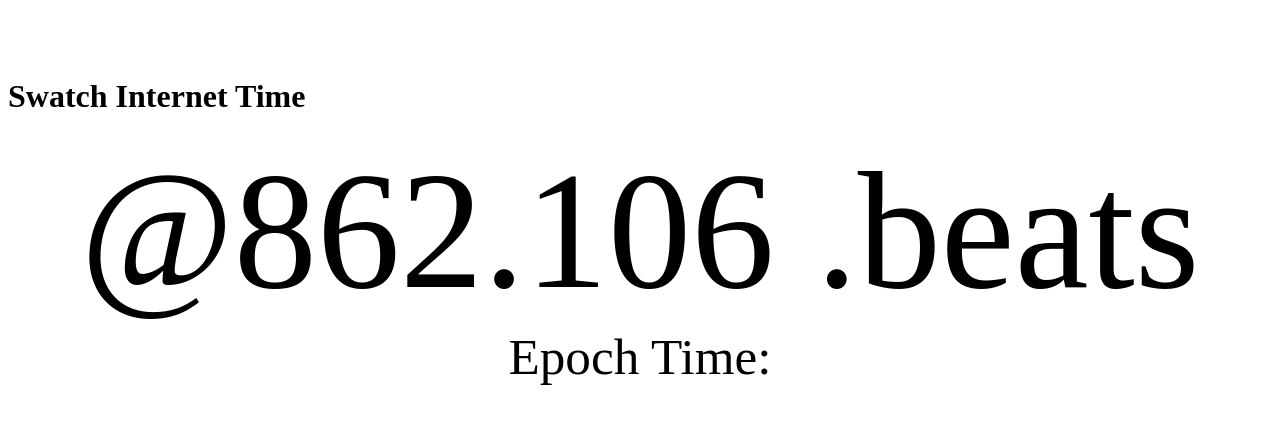
Repository: end888160/end888160.github.io
Page: swatchclock.html
These files come from the project's save history. The page is drawn as it stood at one moment and after the next save; the edit follows.
The browser window is 1280 px wide. The pictures show the whole page.

Above is the page before, as saved 2024-09-22 08:42:51.

### swatchclock.html
<html>
	<head>
		<meta charset="utf-8">
        <meta name="viewport" content="width=device-width, initial-scale=1.0, maximum-scale=1.0, user-scalable=no">
        <meta name="description" content="Live clock for Swatch Internet Time. The Time of the Future!">
        <meta name="author" content="Joshua Marketis">

        <title>SwatchClock.com - Live clock for Swatch Internet Time. The Time of the Future!</title>
        <style>body {
			padding-top: 70px;
		}

		.beats {
			font-size: 13vw;
			text-align: center;
		}

		.unix {
			font-size: 4vw;
			text-align: center;
		}

		.timezones {
			text-align: right;
		}

		.timezones .row {
			margin-bottom: 10px;
		}
</style>
	</head>
	<body><!-- BEGIN WAYBACK TOOLBAR INSERT -->
	<div class="container">
		<h1>Swatch Internet Time</h1>
		<div class="beats">@<span id="swatchTime"></span> .beats</div>
		<div class="unix">Epoch Time: <span id="unixTime"></span></div>
	</div>
	<script>
		// calculate the time of the future
		function GetInternetTime() {
			// get date in UTC/GMT
			var date = new Date();
			var hours = date.getUTCHours();
			var minutes = date.getUTCMinutes();
			var seconds = date.getUTCSeconds();

			// add hour to get time in Switzerland
			hours = (hours == 23) ? 0 : hours + 1;

			// time in seconds
			var timeInSeconds = (((hours * 60) + minutes) * 60) + seconds;

			// there are 86.4 seconds in a beat
			var secondsInABeat = 86.4;

			// calculate beats to two decimal places
			var beats = Math.abs(timeInSeconds / secondsInABeat).toFixed(3);

			// update page
			document.getElementById("swatchTime").innerHTML = beats
		}

		function time() {
			// display at page load
			GetInternetTime();

			// calculate every second
			setInterval(GetInternetTime, 10);
		}
		time()
		</script>
	</body>
</html>

After the next save:
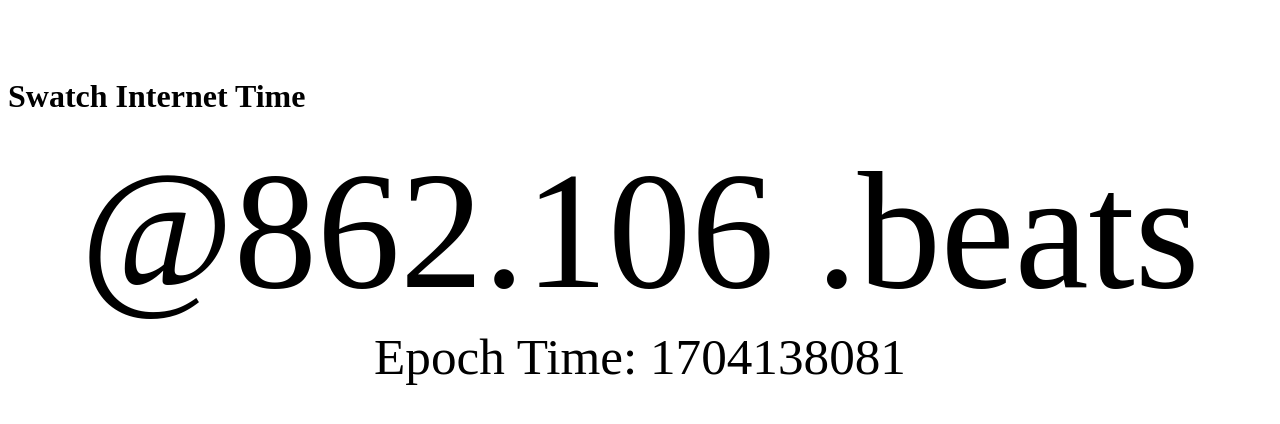
Saved 3 min 42 s later.
--- a/swatchclock.html
+++ b/swatchclock.html
@@ -36,6 +36,8 @@
 		<div class="unix">Epoch Time: <span id="unixTime"></span></div>
 	</div>
 	<script>
+		// increment unix time
+		var unixEpoch = Math.floor(Date.now() / 1000)
 		// calculate the time of the future
 		function GetInternetTime() {
 			// get date in UTC/GMT
@@ -58,6 +60,7 @@
 
 			// update page
 			document.getElementById("swatchTime").innerHTML = beats
+			document.getElementById("unixTime").innerHTML = unixEpoch
 		}
 
 		function time() {
